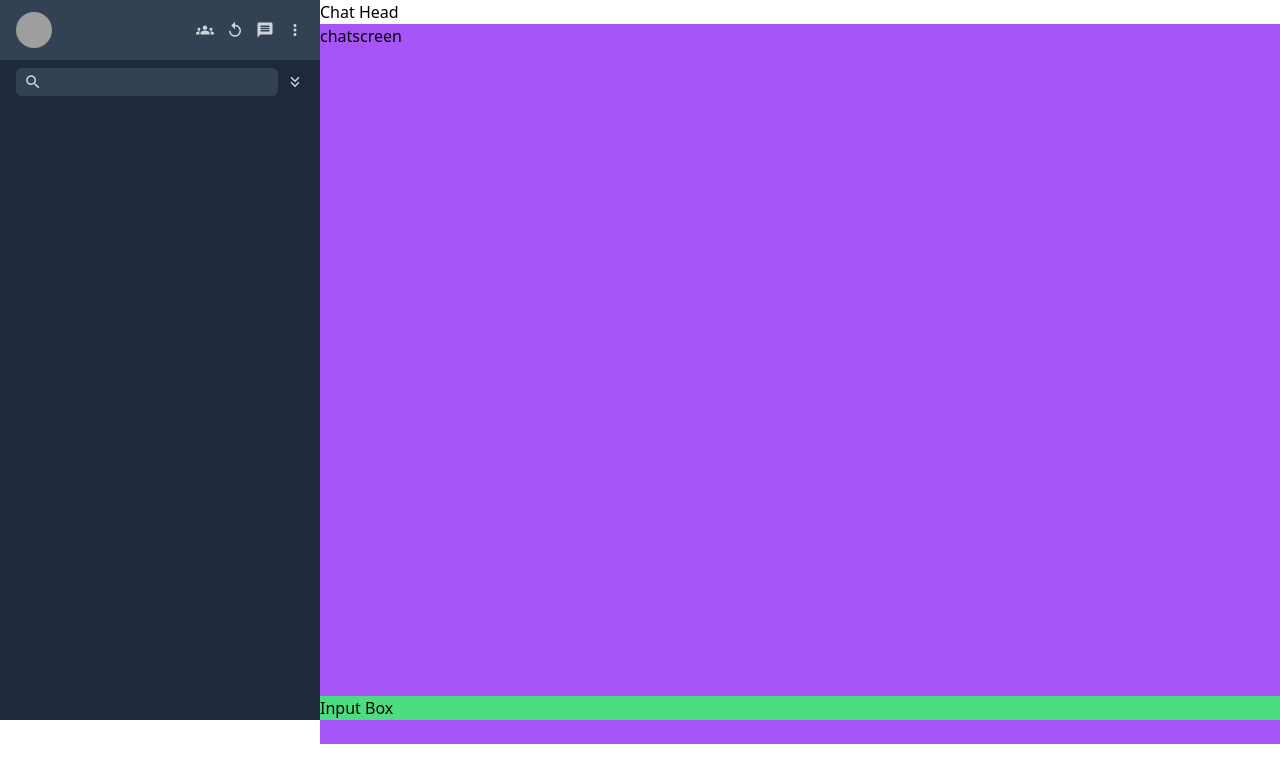
Repository: theanmol-raj/whatsapp
Page: /
The author's editor kept a copy of each file at every save. The page is drawn from the files as they stood at one save, then again after the next save.
The browser window is 1280 px wide. The pictures show the whole page.
Pictures or frames that could not be fetched are drawn as grey boxes. The project was rebuilt for these pictures with package versions that can differ from the ones it lists, and the page was loaded fresh each time.

Above is the page before, as saved 2022-12-03 21:53:19.

After the next save:
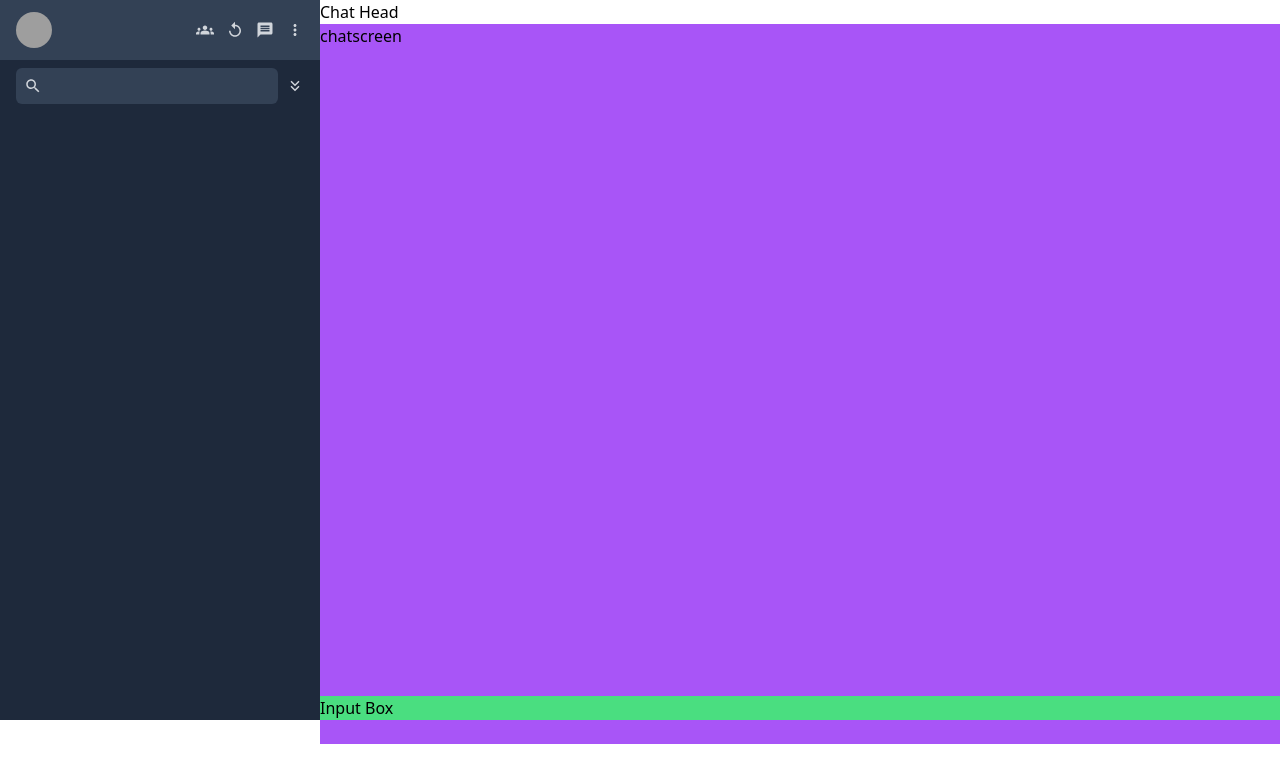
Saved 5 s later.
--- a/src/Components/ContactList.jsx
+++ b/src/Components/ContactList.jsx
@@ -21,7 +21,7 @@ function ContactList() {
 
       </div>
       <div className=' flex items-center text-gray-300 px-4 py-2 text-lg space-x-2'>
-        <div className='flex items-center w-full bg-slate-700 px-2 px-1 rounded-md'>
+        <div className='flex items-center w-full bg-slate-700 px-2 py-1 rounded-md'>
           <SearchIcon fontSize='inherit' />
           <input className=' bg-transparent w-full' />
         </div>
